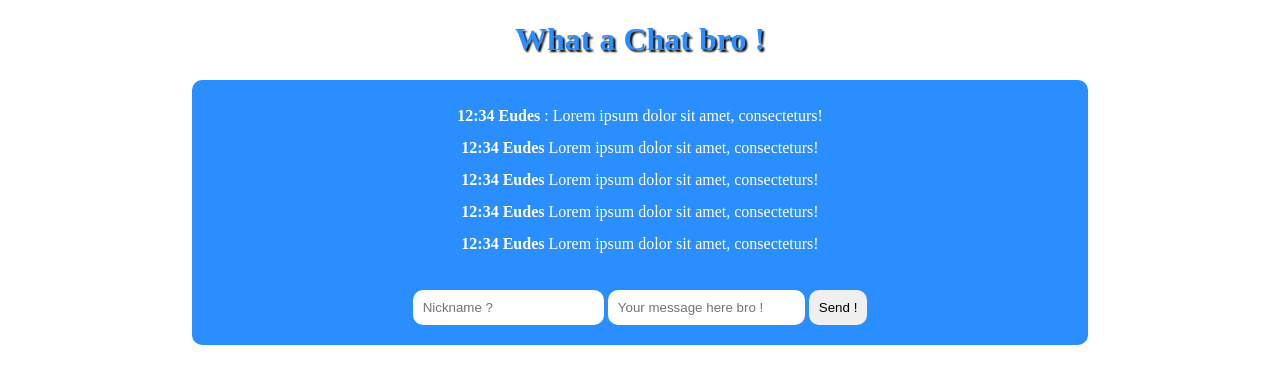
Repository: Djitzu/Chat-en-ajax
Page: index.html
The author's editor kept a record of every edit. The page is drawn from the files as they stood at one moment, then again after the next edit.
The browser window is 1280 px wide. The pictures show the whole page.
The pointer rests on the first visible `form input:last-of-type`.

Above is the page before.
Console error (its wording comes from the project's code and is left out).

After the next edit:
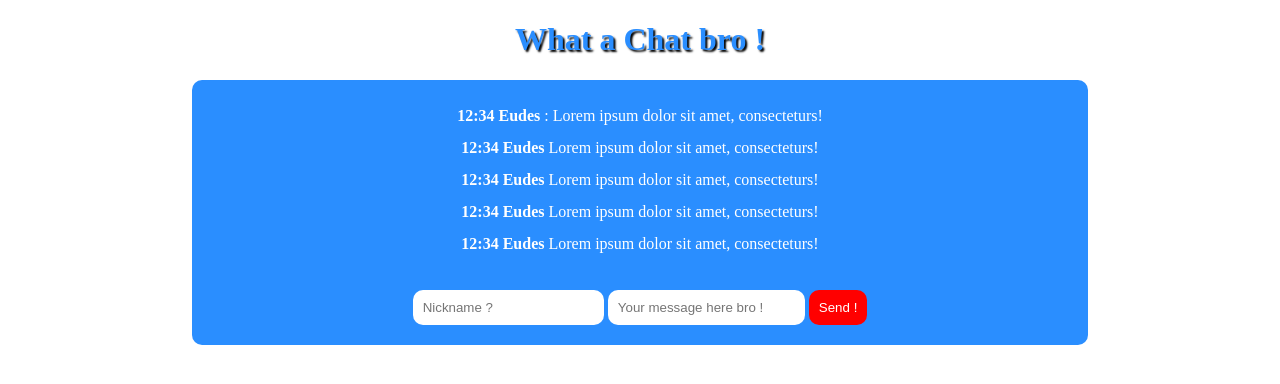
The edit:
--- a/CSS/style.css
+++ b/CSS/style.css
@@ -34,5 +34,9 @@
 
 #author {
     max-width: 20%;
+}
 
+form input:last-of-type:hover {
+    background-color: red;
+    color: white;
 }
